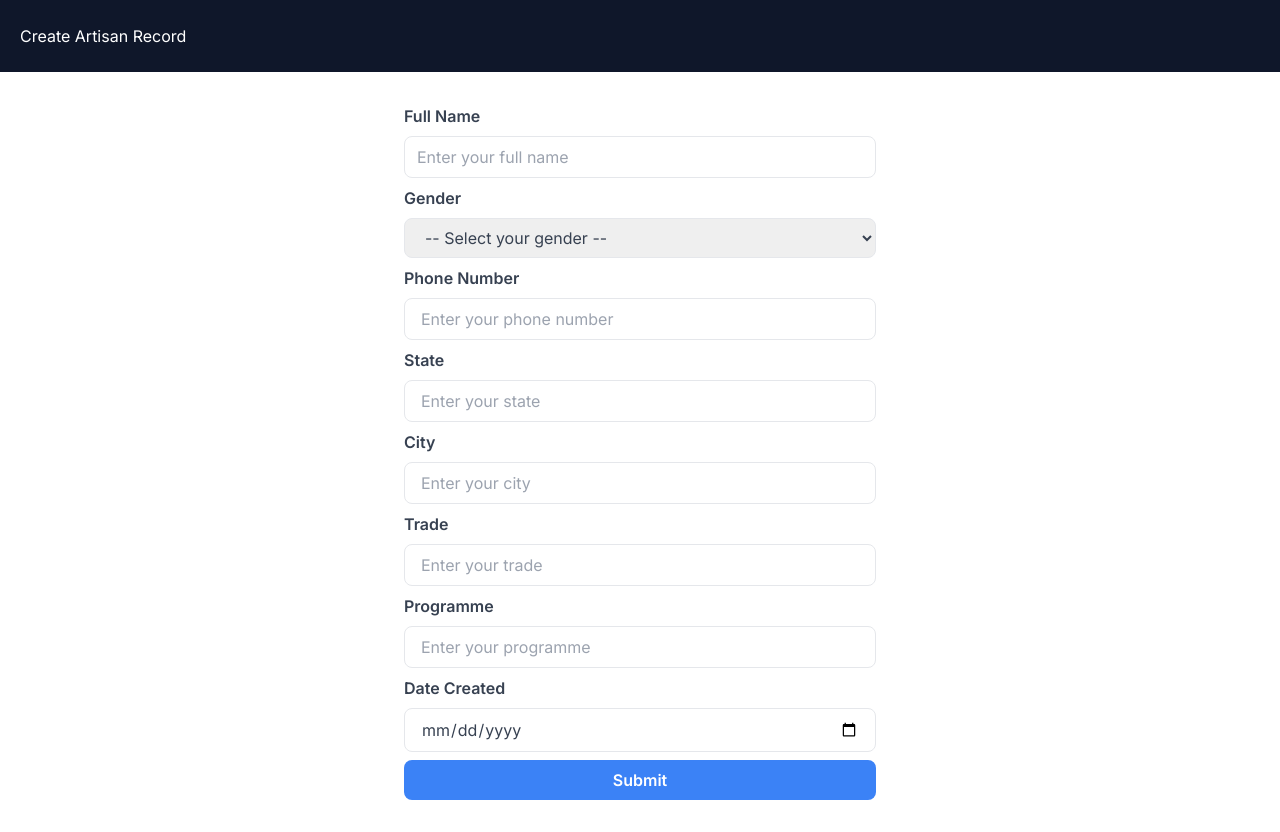
Repository: marcusdashe/artisanindex_frontend
Page: /components/CreateArtisan
These files come from the project's save history. The page is drawn as it stood at one moment and after the next save; the edit follows.
The browser window is 1280 px wide. The pictures show the whole page.
The project was rebuilt for these pictures with package versions that can differ from the ones it lists, and the page was loaded fresh each time. The framework's server and built-in components were replaced by stand-ins that run in the browser. Also part of the build but not shown: next.config.js.

Above is the page before, as saved 2023-03-09 11:26:34.

After the next save:
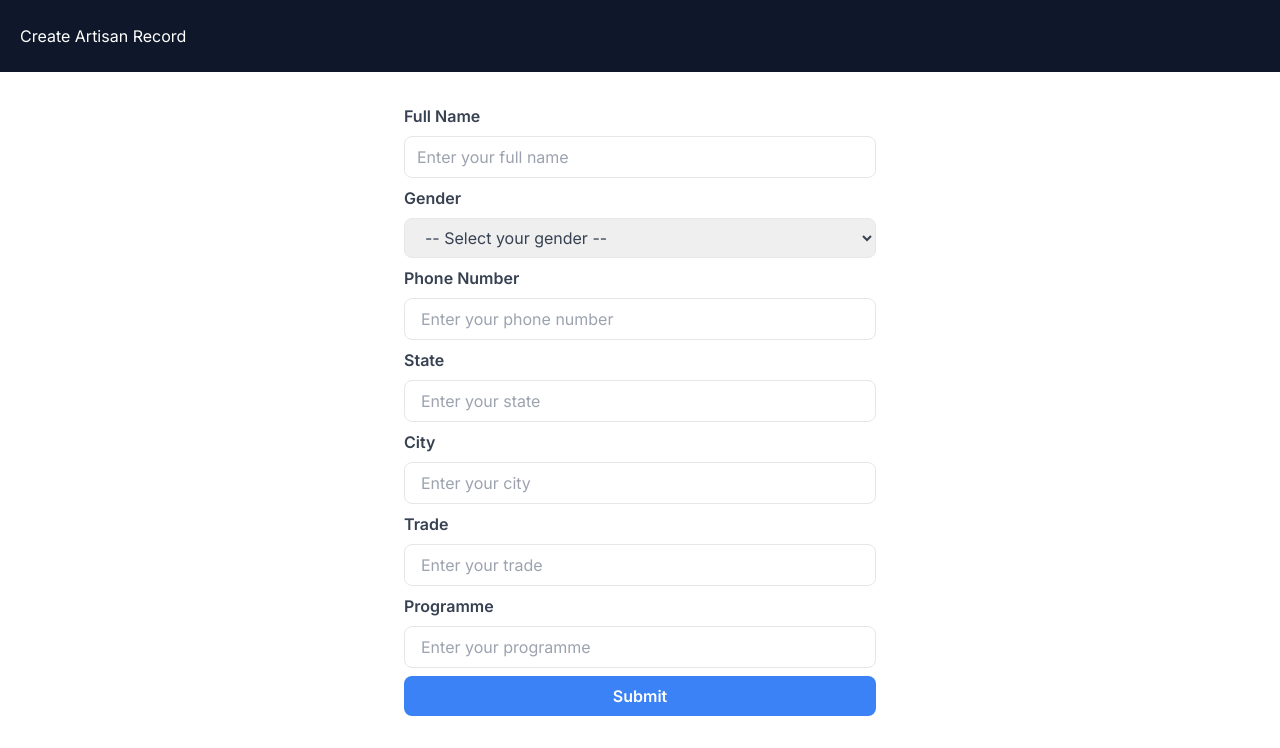
Saved 30 s later.
--- a/pages/components/CreateArtisan.js
+++ b/pages/components/CreateArtisan.js
@@ -130,19 +130,6 @@ function ViewArtisanDataScreen() {
               required
             />
 
-            <label htmlFor="created" className="text-gray-700 font-bold">
-              Date Created
-            </label>
-            <input
-              type="date"
-              id="created"
-              name="created"
-              value={formData.created}
-              onChange={handleInputChange}
-              className="px-4 py-2 border rounded-lg text-gray-700 focus:outline-none focus:border-blue-500 focus:shadow-outline-blue"
-              required
-            />
-
             <button
               type="submit"
               className="px-4 py-2 bg-blue-500 text-white font-semibold rounded-lg hover:bg-blue-700"
